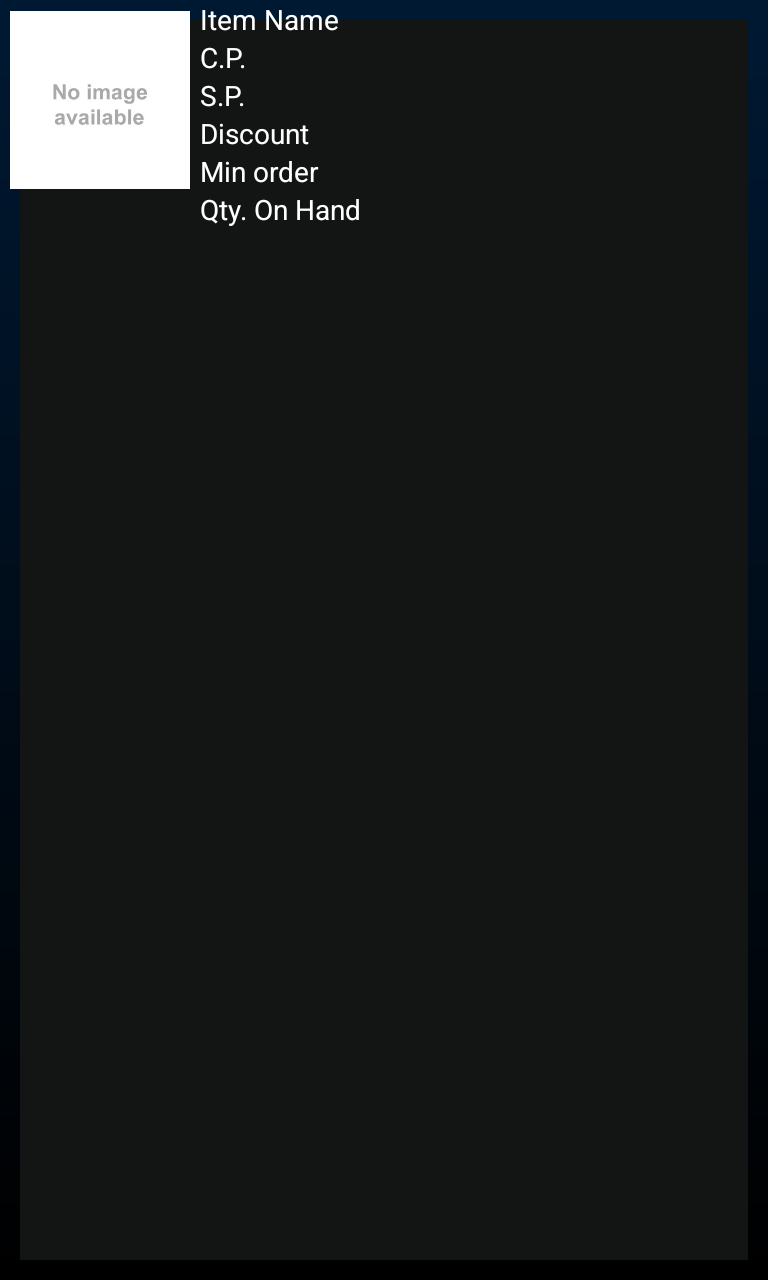
Repository: jasleen1291/B2BMobileApplication
Layout: Mobile E Commerce/B2B/res/layout/grid_item.xml
The author's editor kept a copy of each file at every save. The layout is drawn from the files as they stood at one save, then again after the next save.
It is drawn on a 768 x 1280 px phone screen (xhdpi) without system bars, with theme mycustomtheme; the app's code is not run.

Above is the layout before, as saved 2013-05-24 08:34:29.

After the next save:
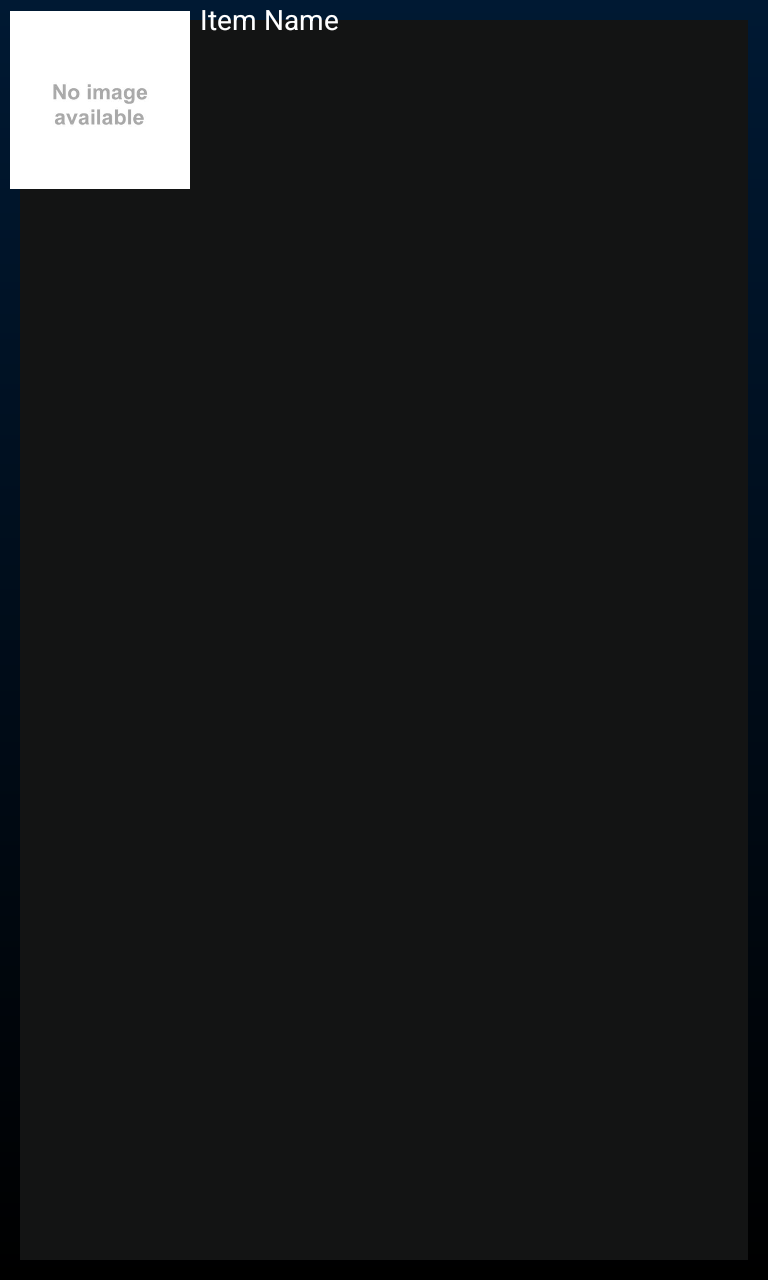
Saved 31 s later.
--- a/Mobile E Commerce/B2B/res/layout/grid_item.xml
+++ b/Mobile E Commerce/B2B/res/layout/grid_item.xml
@@ -13,7 +13,7 @@
         android:padding="5dp"
         android:src="@drawable/notavailable" />
 
-    <TableLayout
+    <LinearLayout
         android:layout_width="match_parent"
         android:layout_height="match_parent"
         android:layout_gravity="right"
@@ -21,8 +21,8 @@
         android:padding="0dp"
         >
 
-        <TableRow
-            android:id="@+id/tableRow4"
+        <LinearLayout
+            android:id="@+id/LinearLayout4"
             android:layout_width="fill_parent"
             android:layout_height="wrap_content" >
 
@@ -38,10 +38,10 @@
                 android:layout_width="wrap_content"
                 android:layout_height="wrap_content"
                 android:textIsSelectable="false" />
-        </TableRow>
+        </LinearLayout>
 
-        <TableRow
-            android:id="@+id/tableRow6"
+        <LinearLayout
+            android:id="@+id/LinearLayout6"
             android:layout_width="fill_parent"
             android:layout_height="wrap_content" >
 
@@ -57,10 +57,10 @@
                 android:layout_width="wrap_content"
                 android:layout_height="wrap_content"
                 android:textIsSelectable="false" />
-        </TableRow>
+        </LinearLayout>
 
-        <TableRow
-            android:id="@+id/tableRow1"
+        <LinearLayout
+            android:id="@+id/LinearLayout1"
             android:layout_width="fill_parent"
             android:layout_height="wrap_content"
             android:layout_margin="0dp"
@@ -79,10 +79,10 @@
                 android:layout_width="wrap_content"
                 android:layout_height="wrap_content"
                 android:textIsSelectable="false" />
-        </TableRow>
+        </LinearLayout>
 
-        <TableRow
-            android:id="@+id/tableRow2"
+        <LinearLayout
+            android:id="@+id/LinearLayout2"
             android:layout_width="fill_parent"
             android:layout_height="wrap_content" >
 
@@ -98,10 +98,10 @@
                 android:layout_width="wrap_content"
                 android:layout_height="wrap_content"
                 android:textIsSelectable="false" />
-        </TableRow>
+        </LinearLayout>
 
-        <TableRow
-            android:id="@+id/tableRow3"
+        <LinearLayout
+            android:id="@+id/LinearLayout3"
             android:layout_width="fill_parent"
             android:layout_height="wrap_content" >
 
@@ -117,9 +117,9 @@
                 android:layout_width="wrap_content"
                 android:layout_height="wrap_content"
                 android:textIsSelectable="false" />
-        </TableRow>
+        </LinearLayout>
 
-        <TableRow
+        <LinearLayout
             android:layout_width="fill_parent"
             android:layout_height="wrap_content" >
 
@@ -135,7 +135,7 @@
                 android:layout_width="wrap_content"
                 android:layout_height="wrap_content"
                 android:textIsSelectable="false" />
-        </TableRow>
-    </TableLayout>
+        </LinearLayout>
+    </LinearLayout>
 
 </LinearLayout>

After the save that followed:
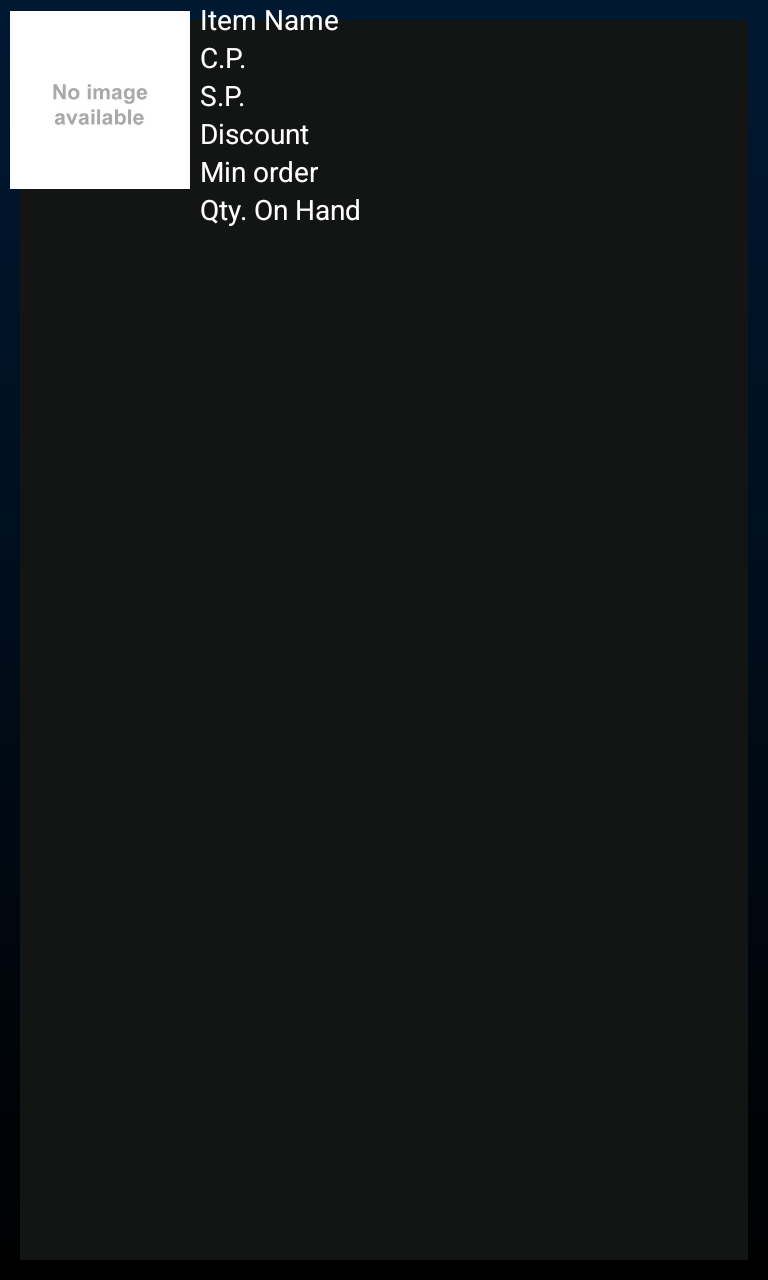
Saved 36 s later.
--- a/Mobile E Commerce/B2B/res/layout/grid_item.xml
+++ b/Mobile E Commerce/B2B/res/layout/grid_item.xml
@@ -17,9 +17,8 @@
         android:layout_width="match_parent"
         android:layout_height="match_parent"
         android:layout_gravity="right"
-        android:orientation="horizontal"
-        android:padding="0dp"
-        >
+        android:orientation="vertical"
+        android:padding="0dp" >
 
         <LinearLayout
             android:id="@+id/LinearLayout4"
